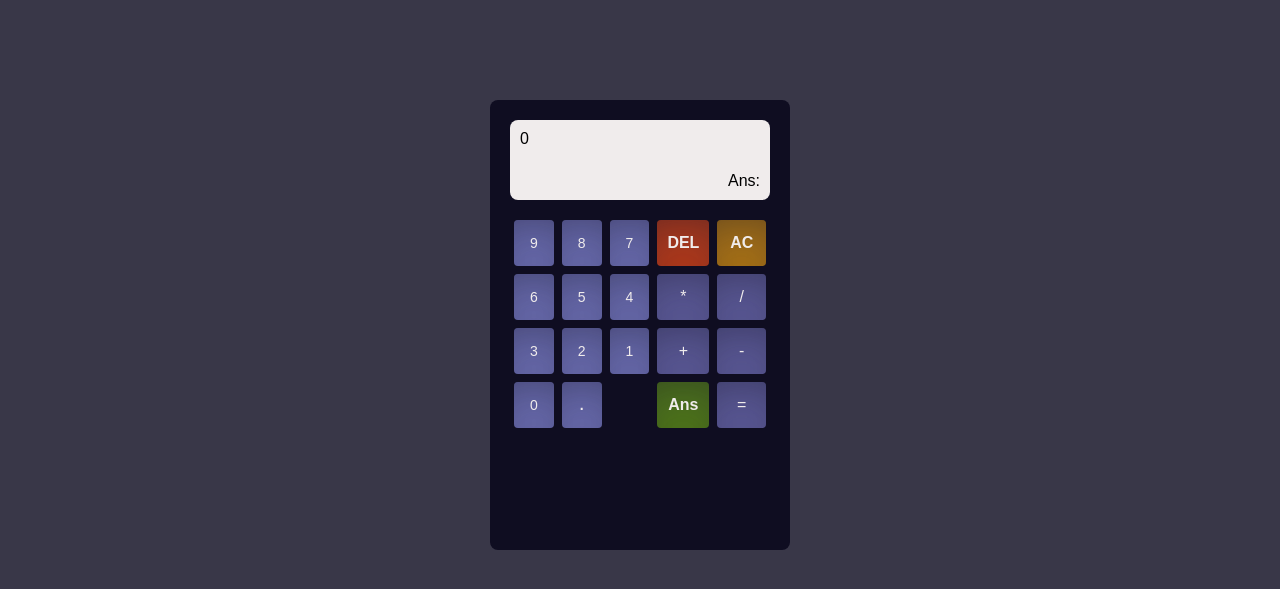
Repository: Bishek666/simple-calculator
Page: /
An editor plug-in stored every save of this project. The page is shown before and after the next save, followed by the edit.
The browser window is 1280 px wide. The pictures show the whole page.
The project was rebuilt for these pictures with package versions that can differ from the ones it lists, and the page was loaded fresh each time.

Above is the page before, as saved 2021-10-27 08:31:44.

### src/index.css
:root {
    --primary: #050218c9;
    --secondary: #8386d6c9;
    --dark: #0908088a;
    --light: rgb(240, 236, 236);
}

* {
    margin: 0;
    padding: 0;
    box-sizing: border-box;
    font-family: sans-serif;
}

body {
    background-color: #050218c9;
}

button {
    display: inline-block;
    padding: 1rem;
    margin: 4px;
    background-color: var(--secondary);
    outline: none;
    border: transparent;
    border-radius: 4px;
    cursor: pointer;
    line-height: 1;
    font-size: 14px;
    font-weight: 500;
    color: var(--light);
    box-shadow: rgba(50, 50, 93, 0.25) 0px 30px 60px -12px inset, rgba(0, 0, 0, 0.3) 0px 18px 36px -18px inset;
}

.container-calculator {
    display: flex;
    flex-direction: column;
    align-items: start;
    justify-content: start;
    background-color: var(--primary);
    height: 450px;
    width: 300px;
    margin: 100px auto;
    padding: 20px;
    border-radius: 8px;
}

.display-calculation {
    display: flex;
    flex-direction: column;
    justify-content: space-between;
    /* align-items: center; */
    padding: 10px;
    width: 100%;
    height: 80px;
    background-color: var(--light);
    border-radius: 8px;
    margin-bottom: 1rem;
}
.answer-area {
    align-self: flex-end;
    /* width: 50%;
    border-right: 2px solid black;
    padding-right: 8px;
    margin-right: 8px; */
}
.calculation-area {
    width: 50%;
}

.button-input {
    display: flex;
    justify-content: space-between;
    width: 100%;
}

.digits {
    display: grid;
    grid-template-columns: repeat(3, 1fr);
}
.digits button {
    box-shadow: rgba(50, 50, 93, 0.25) 0px 30px 60px -12px inset, rgba(0, 0, 0, 0.3) 0px 18px 36px -18px inset;
}

.operators {
    display: grid;
    grid-template-columns: repeat(2, 1fr);
}

.operators button {
    position: relative;
    background-color: rgb(91, 89, 150);
}

.operators button {
    padding: 10px;
    font-size: 16px;
}

/* font weight */
.font-weight--600 {
    font-weight: 600;
}
/* background */
.bg-red {
    background-color: #e44413c9 !important;
}
.bg-orange {
    background-color: #d08b0bd2 !important;
}
.bg-green {
    background-color: #5b8f11d2 !important;
}

### src/App.js
import { useState } from 'react';

function App() {
    const [calc, setCalc] = useState('');
    const [result, setResult] = useState('');

    const ops = ['+', '-', '/', '*', '.'];

    const updateCalc = (value) => {
        if ((ops.slice(2).includes(value) && calc === '') || (ops.includes(value) && ops.includes(calc.slice(-1)))) {
            return;
        }
        setCalc(calc + value);

        if (!ops.includes(value)) {
            setResult(eval(calc + value).toString());
        }
    };

    const calculate = () => {
        if (calc) {
            setCalc(eval(calc).toString());
        }

        if (!result && !calc === '') {
            return;
        }
    };

    const takeAnswerValue = () => {
        if (result && !calc) {
            setCalc(result);
        }
    };

    const deleteLastValue = () => {
        if (calc === '') {
            return;
        }

        setCalc(calc.slice(0, -1));
    };

    const resetAll = () => {
        if (calc === '') {
            return;
        }

        setCalc('');
    };

    const addDigits = () => {
        const digits = [];

        for (let i = 1; i < 10; i++) {
            digits.unshift(
                <button onClick={() => updateCalc(i.toString())} key={i}>
                    {i}
                </button>
            );
        }

        return digits;
    };
    return (
        <div className='container-calculator'>
            <div className='display-calculation'>
                <div className='calculation-area'>{calc || '0'}</div>
                <div className='answer-area'>Ans:{result ? <span>({result})</span> : ''}</div>
            </div>
            <div className='button-input'>
                <div className='digits'>
                    {addDigits()}
                    <button onClick={() => updateCalc('0')}>0</button>
                    <button onClick={() => updateCalc('.')} className='font-weight--600'>
                        .
                    </button>
                </div>
                <div className='operators'>
                    <button onClick={() => deleteLastValue()} className='bg-red font-weight--600'>
                        DEL
                    </button>
                    <button onClick={() => resetAll()} className='bg-orange font-weight--600'>
                        AC
                    </button>
                    <button onClick={() => updateCalc('*')}>*</button>
                    <button onClick={() => updateCalc('/')}>/</button>
                    <button onClick={() => updateCalc('+')}>+</button>
                    <button onClick={() => updateCalc('-')}>-</button>
                    <button onClick={takeAnswerValue} className='bg-green font-weight--600'>
                        Ans
                    </button>
                    <button onClick={calculate}>=</button>
                </div>
            </div>
        </div>
    );
}

export default App;

Loaded but not shown: public/index.html (common file); src/index.js (common file)

After the next save:
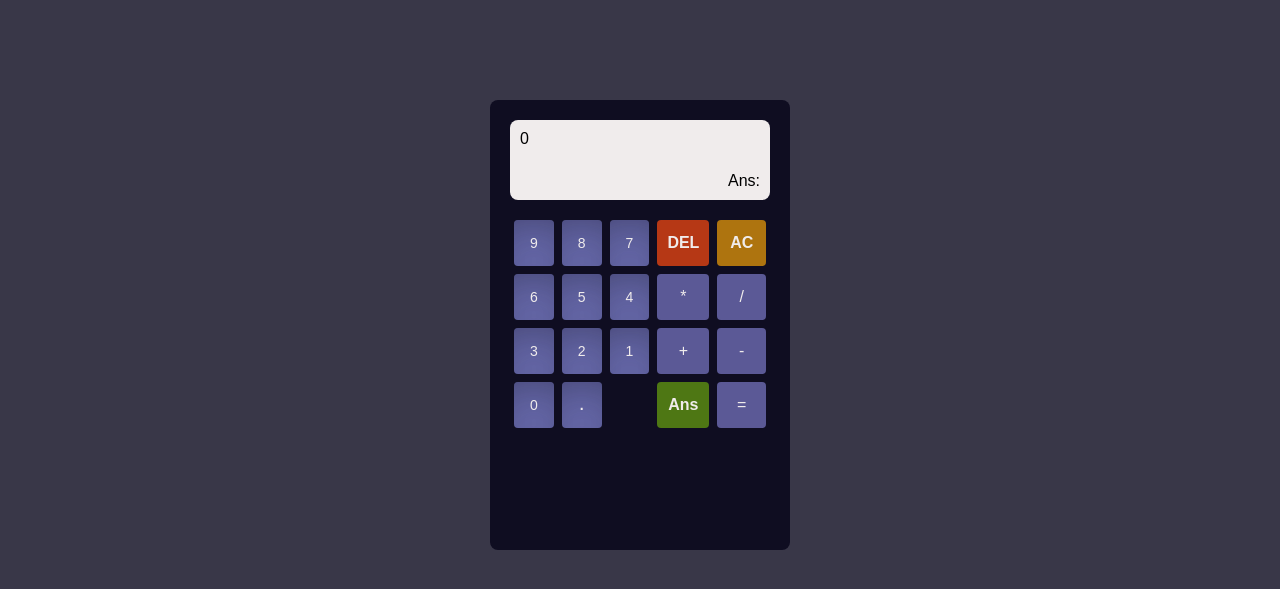
Saved 5 s later.
--- a/src/index.css
+++ b/src/index.css
@@ -29,7 +29,7 @@
     font-size: 14px;
     font-weight: 500;
     color: var(--light);
-    box-shadow: rgba(50, 50, 93, 0.25) 0px 30px 60px -12px inset, rgba(0, 0, 0, 0.3) 0px 18px 36px -18px inset;
+    /* box-shadow: rgba(50, 50, 93, 0.25) 0px 30px 60px -12px inset, rgba(0, 0, 0, 0.3) 0px 18px 36px -18px inset; */
 }
 
 .container-calculator {

After the save that followed:
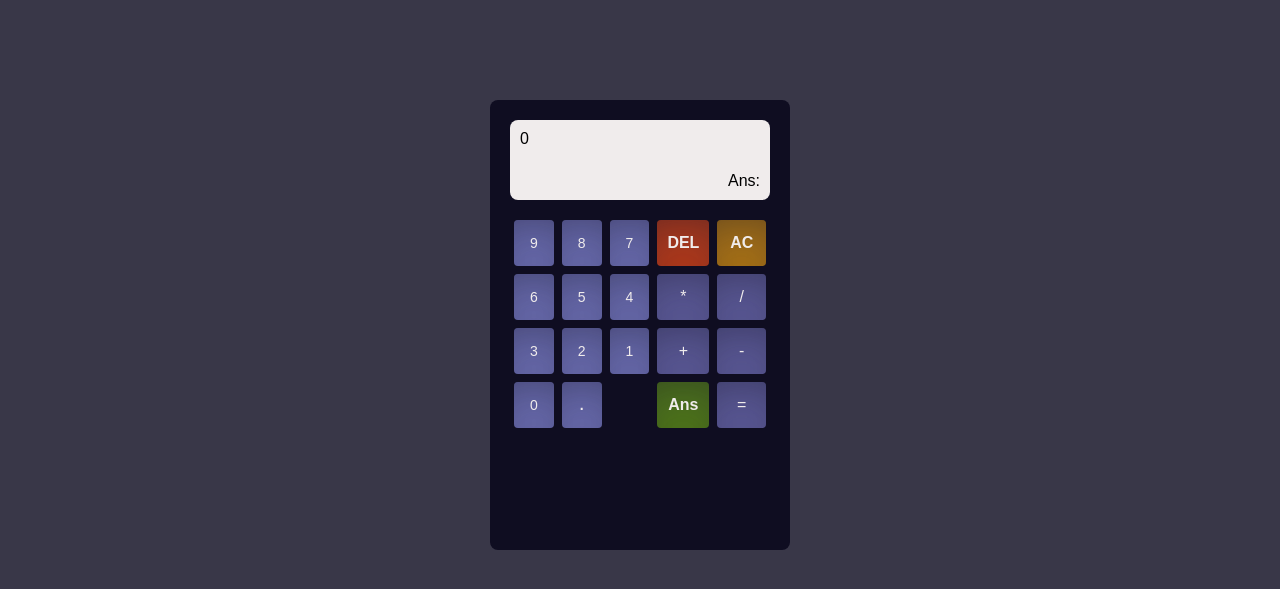
Saved 7 s later.
--- a/src/index.css
+++ b/src/index.css
@@ -29,7 +29,7 @@
     font-size: 14px;
     font-weight: 500;
     color: var(--light);
-    /* box-shadow: rgba(50, 50, 93, 0.25) 0px 30px 60px -12px inset, rgba(0, 0, 0, 0.3) 0px 18px 36px -18px inset; */
+    box-shadow: rgba(50, 50, 93, 0.25) 0px 30px 60px -12px inset, rgba(0, 0, 0, 0.3) 0px 18px 36px -18px inset;
 }
 
 .container-calculator {
